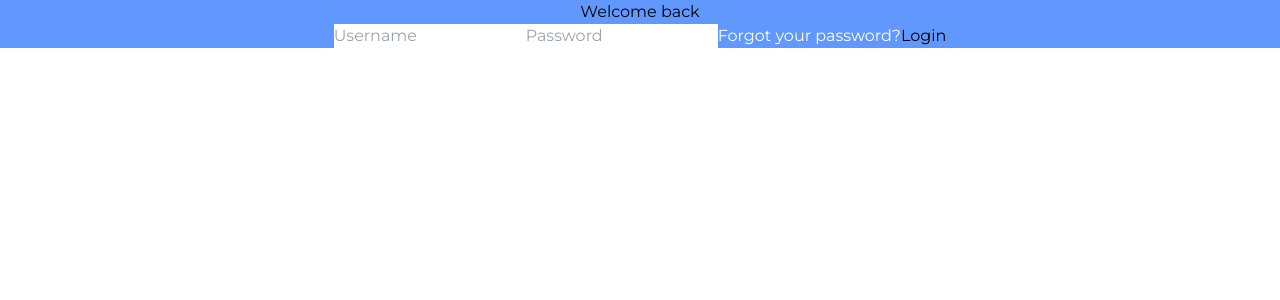
Repository: SatohJiro/CourseSale
Page: /
An editor plug-in stored every save of this project. The page is shown before and after the next save, followed by the edit.
The browser window is 1280 px wide. The pictures show the whole page.
The project was rebuilt for these pictures with package versions that can differ from the ones it lists, and the page was loaded fresh each time. Also part of the build but not shown: src/pages/Home/index.js, src/pages/Courses/index.js, src/layout/DefaultLayout/DefaultLayout.module.scss, src/layout/components/Header/Header.module.scss, src/layout/components/Header/index.js, src/layout/components/Sidebar/Sidebar.module.scss, src/layout/components/Sidebar/index.js, src/layout/DefaultLayout/index.js.

Above is the page before, as saved 2022-12-05 10:46:07.

### public/index.html
<!DOCTYPE html>
<html lang="en">
  <head>
    <meta charset="utf-8" />
    <link rel="icon" href="%PUBLIC_URL%/favicon.ico" />
    <meta name="viewport" content="width=device-width, initial-scale=1" />
    <meta name="theme-color" content="#000000" />
    <meta
      name="description"
      content="Web site created using create-react-app"
    />
    <link rel="apple-touch-icon" href="%PUBLIC_URL%/logo192.png" />
    <!--
      manifest.json provides metadata used when your web app is installed on a
      user's mobile device or desktop. See https://developers.google.com/web/fundamentals/web-app-manifest/
    -->
    <link rel="manifest" href="%PUBLIC_URL%/manifest.json" />
    <!--
      Notice the use of %PUBLIC_URL% in the tags above.
      It will be replaced with the URL of the `public` folder during the build.
      Only files inside the `public` folder can be referenced from the HTML.

      Unlike "/favicon.ico" or "favicon.ico", "%PUBLIC_URL%/favicon.ico" will
      work correctly both with client-side routing and a non-root public URL.
      Learn how to configure a non-root public URL by running `npm run build`.
    -->
    <title>Course Sale</title>
  </head>
  <body>
    <noscript>You need to enable JavaScript to run this app.</noscript>
    <div id="root"></div>
    <!--
      This HTML file is a template.
      If you open it directly in the browser, you will see an empty page.

      You can add webfonts, meta tags, or analytics to this file.
      The build step will place the bundled scripts into the <body> tag.

      To begin the development, run `npm start` or `yarn start`.
      To create a production bundle, use `npm run build` or `yarn build`.
    -->
  </body>
</html>

### src/index.js
import React from "react";
import ReactDOM from "react-dom/client";
import App from "./App";
import reportWebVitals from "./reportWebVitals";

import GlobalStyles from "~/components/GlobalStyles";

const root = ReactDOM.createRoot(document.getElementById("root"));
root.render(
  <React.StrictMode>
    <GlobalStyles>
      <App />
    </GlobalStyles>
  </React.StrictMode>
);

// If you want to start measuring performance in your app, pass a function
// to log results (for example: reportWebVitals(console.log))
// or send to an analytics endpoint. Learn more: https://bit.ly/CRA-vitals
reportWebVitals();

### src/App.js
import { Fragment } from "react";
import { BrowserRouter as Router, Routes, Route } from "react-router-dom";
import { publicRoutes } from "~/routes";
import { DefaultLayout } from "~/layout";
import Login from "./pages/Login/Login";

function App() {
  return (
    // <Router>
    //   <div className="App">
    //     <Routes>
    //       {publicRoutes.map((route, index) => {
    //         let Layout = DefaultLayout;
    //         if (route.layout) {
    //           Layout = route.layout;
    //         } else if (route.layout === null) {
    //           Layout = Fragment;
    //         }
    //         const Page = route.component;
    //         return (
    //           <Route
    //             key={index}
    //             path={route.path}
    //             element={
    //               <Layout>
    //                 <Page />
    //               </Layout>
    //             }
    //           />
    //         );
    //       })}
    //     </Routes>
    //   </div>
    // </Router>
    <Login></Login>
  );
}

export default App;

### src/components/GlobalStyles/index.js
import './GlobalStyles.scss'

function GlobalStyles({children}){
    return children
}
export default GlobalStyles

### src/routes/index.js
import { ROUTE_NAME } from "./routesConstant";

import Home from "~/pages/Home";
import Courses from "~/pages/Courses";
import Login from "~/pages/Login/Login";

const publicRoutes = [
  { path: ROUTE_NAME.ROOT, component: Home },
  { path: ROUTE_NAME.COURSES, component: Courses },
  { path: ROUTE_NAME.LOGIN, component: Login },
];
const privateRoutes = [];
export { publicRoutes, privateRoutes };

### src/layout/index.js
export {default as DefaultLayout} from './DefaultLayout'

### src/pages/Login/Login.jsx
import React from "react";

const Login = () => {
  return (
    <>
      <div className="grid place-items-center m-0 px-[24px] bg-login bg-no-repeat bg-cover animate-background-pan">
        <h2>Welcome back</h2>
        <form action="">
          <input type="text" placeholder="Username" />
          <input type="password" placeholder="Password" />
          <a href="#">Forgot your password?</a>
          <butotn>Login</butotn>
        </form>
      </div>
    </>
  );
};

export default Login;

### src/components/GlobalStyles/GlobalStyles.scss
@tailwind base;
@tailwind components;
@tailwind utilities;
@import "normalize.css";
@import url("https://fonts.googleapis.com/css2?family=Montserrat:wght@300;400;500;600;700&display=swap");

:root {
}
* {
  margin: 0;
  padding: 0;
  box-sizing: border-box;
}
html {
  font-size: 62.5%;
  a {
    color: #fff;
  }
}
body {
  font-family: "Montserrat";
  font-size: 1.6rem;
  line-height: 1.5;
  text-rendering: optimizeSpeed;
}

### src/routes/routesConstant.js
const HOME = "/";
const COURSES = "/courses";
const LOGIN = "/login";

export const ROUTE_NAME = {
  LOGIN: LOGIN,
  ROOT: HOME,
  COURSES: COURSES,
};

### src/layout/components/Sidebar/Sidebar.js
import classNames from "classnames/bind";
import style from "./Sidebar.module.scss";

import { ROUTE_NAME } from "~/routes/routesConstant";
import { AiOutlineHome, AiOutlineUnorderedList } from "react-icons/ai";

import { Link } from "react-router-dom";
import { useState } from "react";

const cx = classNames.bind(style);

const listTab = [
  {
    name: "home",
    path: ROUTE_NAME.ROOT,
    title: "Trang chủ",
    icon: <AiOutlineHome className={cx("menu-icon")} />,
  },
  {
    name: "courses",
    path: ROUTE_NAME.COURSES,
    title: "Khóa học",
    icon: <AiOutlineUnorderedList className={cx("menu-icon")} />,
  },
];
function Sidebar() {
  const [tabActive, setTabActive] = useState(listTab[0].name);
  return (
    <div className={cx("wrapper")}>
      <div className={cx("menu-wrapper")}>
        {listTab.map((item, index) => {
          return (
            <Link
              to={item.path}
              className={cx(
                "menu-item",
                tabActive === item.name ? "active" : null
              )}
              key={index}
              onClick={() => {
                setTabActive(item.name);
              }}
            >
              {item.icon}
              <span className={cx("menu-title")}>{item.title}</span>
            </Link>
          );
        })}
      </div>
    </div>
  );
}

export default Sidebar;

### tailwind.config.js
/** @type {import('tailwindcss').Config} */
module.exports = {
  content: ["./src/**/*.{js,jsx,ts,tsx}"],
  theme: {
    extend: {
      backgroundImage: {
        login: "url('../assets/img/login/login.png')",
      },
      keyframs: {
        pan: {
          "100%": { backgroundPosition: "15% 50%" },
        },
      },
      animation: {
        "background-pan": "pan 6s infinite alternate linear",
      },
    },
  },
  plugins: [],
};

Loaded but not shown: src/reportWebVitals.js (common file)

After the next save:
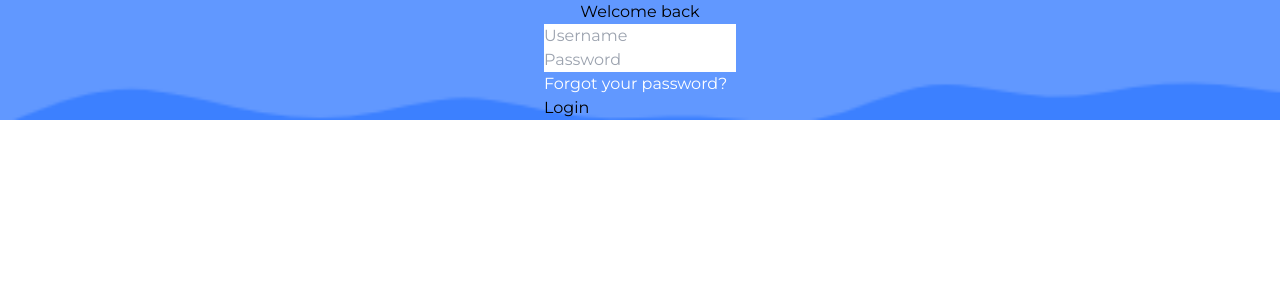
Saved 114 s later.
--- a/src/pages/Login/Login.jsx
+++ b/src/pages/Login/Login.jsx
@@ -5,7 +5,7 @@ const Login = () => {
     <>
       <div className="grid place-items-center m-0 px-[24px] bg-login bg-no-repeat bg-cover animate-background-pan">
         <h2>Welcome back</h2>
-        <form action="">
+        <form action="" className="grid">
           <input type="text" placeholder="Username" />
           <input type="password" placeholder="Password" />
           <a href="#">Forgot your password?</a>
